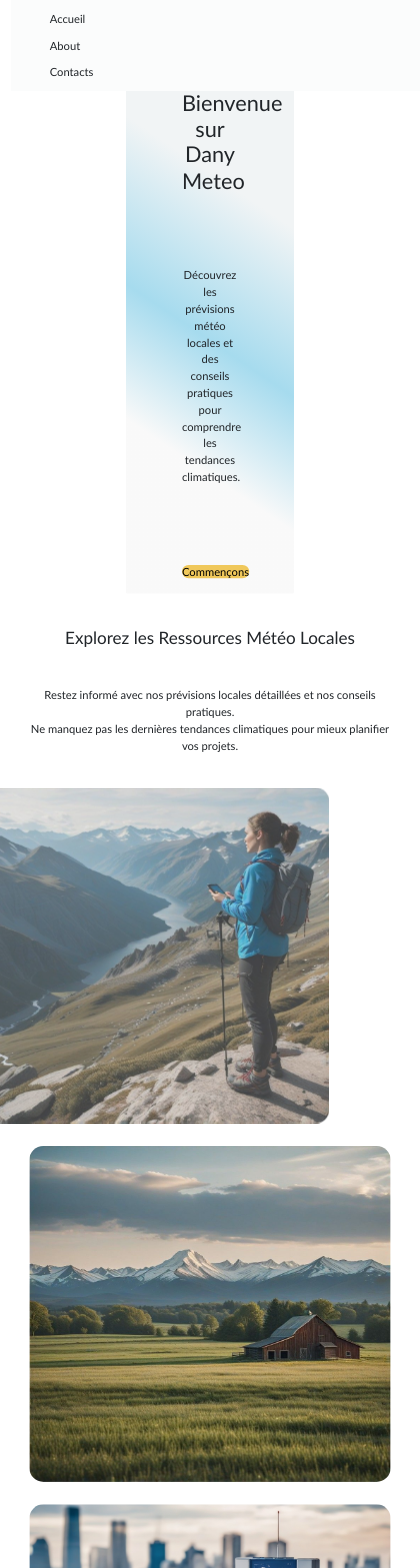
Repository: Dany-py/Meteo
Page: Meteo/templates/Accueil.html
An editor plug-in stored every save of this project. The page is shown before and after a run of saves, followed by the edit.
The browser window is 600 px wide. The pictures show the part of the page from y = 0 to 2240 px (the page is 4440 px tall), at 70% of full size.
The template is drawn by Django 5.2. The application's start-up code is not run. The template is opened directly, without the code that normally fills it, so the values that code supplies are empty.

Above is the page before, as saved 2024-11-27 13:26:42.
Console error: TypeError: Cannot read properties of null (reading 'addEventListener')

After the next 3 saves:
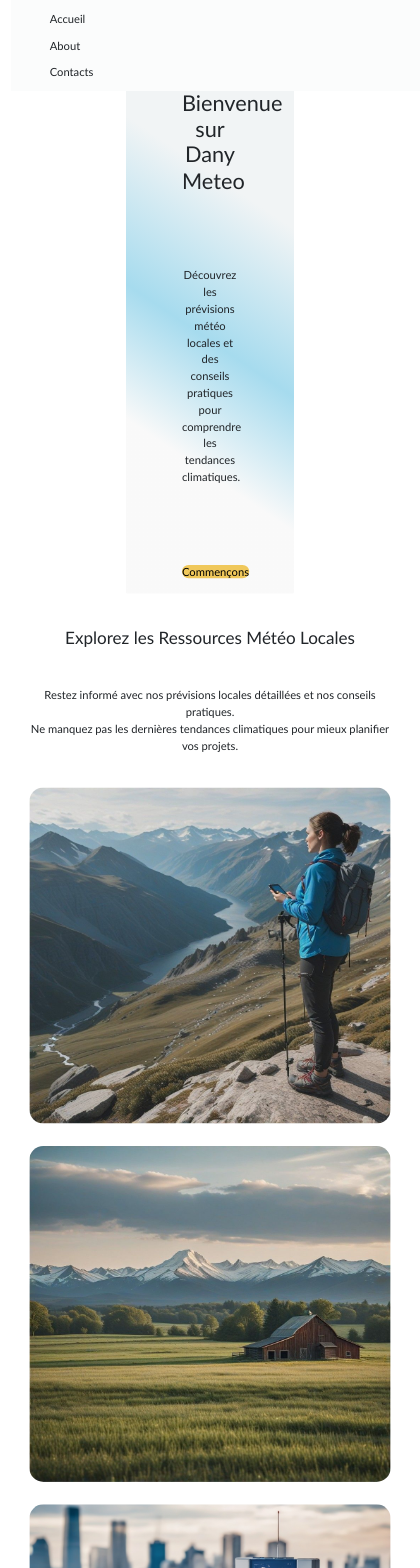
The 3 saves are shown as one change because they came seconds apart.
The last was saved 8 s later.
--- a/MeteoDjango/MeteoDjango/Meteo/static/css/accueil.css
+++ b/MeteoDjango/MeteoDjango/Meteo/static/css/accueil.css
@@ -236,7 +236,7 @@ footer{
     height: 40rem;
   }
   #slide1{
-    animationnone;
+    animation: none;
   }
 
   #slide2{
